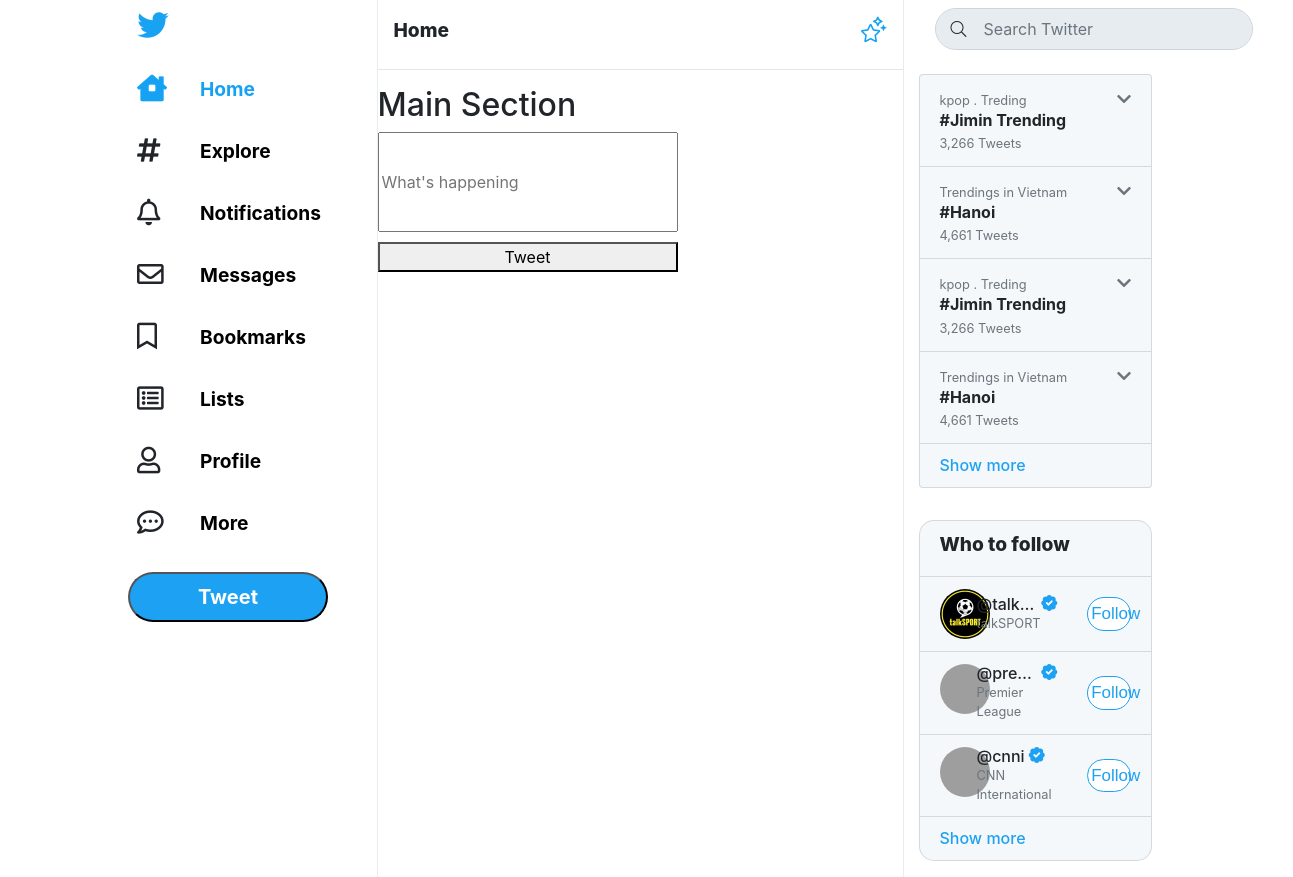
Repository: tts2610/Twitter-clone
Page: index.html
These files come from the project's save history. The page is drawn as it stood at one moment and after the next save; the edit follows.
The browser window is 1280 px wide. The page is 1280 px wide, then 1293 px, so the pictures cover 1293 px, including what lies to the right of the window. The pictures show the whole page.
Pictures or frames that could not be fetched are drawn as grey boxes.

Above is the page before, as saved 2020-05-23 15:09:04.

### index.html
<!DOCTYPE html>
<html lang="en">

<head>
    <meta charset="UTF-8">
    <!-- <meta name="viewport" content="width=device-width, initial-scale=1.0"> -->
    <title>Document</title>
    <link rel="stylesheet" href="css/style.css">
    <!-- Latest compiled and minified CSS -->
    <link rel="stylesheet" href="https://maxcdn.bootstrapcdn.com/bootstrap/4.5.0/css/bootstrap.min.css">

    <!-- jQuery library -->
    <script src="https://ajax.googleapis.com/ajax/libs/jquery/3.5.1/jquery.min.js"></script>

    <!-- Popper JS -->
    <script src="https://cdnjs.cloudflare.com/ajax/libs/popper.js/1.16.0/umd/popper.min.js"></script>

    <!-- Latest compiled JavaScript -->
    <script src="https://maxcdn.bootstrapcdn.com/bootstrap/4.5.0/js/bootstrap.min.js"></script>

    <!-- <link rel="stylesheet" crossorigin="anonymous" href="https://use.fontawesome.com/releases/v5.6.3/css/all.css" integrity="sha384-UHRtZLI+pbxtHCWp1t77Bi1L4ZtiqrqD80Kn4Z8NTSRyMA2Fd33n5dQ8lWUE00s/" /> -->
    <link rel="stylesheet" href="css/all.css">

</head>


<body>
    <div class="container">
        <div class="row">
            <div class="col-3">
                <div class="row">
                    <div class="col"><img src="/img/twt-logo1.png" alt="twitter-logo" width="50" height="50"></div>
                </div>
                <div class="row my-3">
                    <div id="outerMenuContainer" style="color: #16a2f2;">
                        <div class="col-2 mr-4 py-2 px-4" style="font-size: 20px;"><i class="fas fa-house fa-lg"></i></div>
                        <div class="col-10 py-2" style="margin-right: 0px;padding-right: 0px;font-weight: 700;font-size: larger;"> <a href="#Home" style="color: #16a2f2;">Home</a></div>
                    </div>

                </div>
                <div class="row my-3">
                    <div id="outerMenuContainer">
                        <div class="col-2 mr-4 py-2 px-4" style="font-size: 20px;"><i class="fas fa-hashtag fa-lg"></i></div>
                        <div class="col-10" style="margin-right: 0px;padding-right: 0px;font-weight: 700;font-size: larger;"><a href="#services">Explore</a></div>

                    </div>
                </div>
                <div class="row my-3">
                    <div id="outerMenuContainer">
                        <div class="col-2 mr-4 py-2 px-4" style="font-size: 20px;"><i class="far fa-bell fa-lg"></i></div>
                        <div class="col-10" style="margin-right: 0px;padding-right: 0px;font-weight: 700;font-size: larger;"><a href="#clients">Notifications</a></div>

                    </div>
                </div>
                <div class="row my-3">
                    <div id="outerMenuContainer">
                        <div class="col-2 mr-4 py-2 px-4" style="font-size: 20px;"><i class="far fa-envelope fa-lg"></i></div>
                        <div class="col-10" style="margin-right: 0px;padding-right: 0px;font-weight: 700;font-size: larger;"><a href="#contact">Messages</a></div>
                    </div>
                </div>
                <div class="row my-3">
                    <div id="outerMenuContainer">
                        <div class="col-2 mr-4 py-2 px-4" style="font-size: 20px;"><i class="far fa-bookmark fa-lg"></i></div>
                        <div class="col-10" style="margin-right: 0px;padding-right: 0px;font-weight: 700;font-size: larger;"><a href="#clients">Bookmarks</a></div>
                    </div>
                </div>
                <div class="row my-3">
                    <div id="outerMenuContainer">
                        <div class="col-2 mr-4 py-2 px-4" style="font-size: 20px;"><i class="far fa-list-alt fa-lg"></i></div>
                        <div class="col-10" style="margin-right: 0px;padding-right: 0px;font-weight: 700;font-size: larger;"><a href="#contact">Lists</a></div>
                    </div>
                </div>
                <div class="row my-3">
                    <div id="outerMenuContainer">
                        <div class="col-2 mr-4 py-2 px-4" style="font-size: 20px;"><i class="far fa-user fa-lg"></i></div>
                        <div class="col-10" style="margin-right: 0px;padding-right: 0px;font-weight: 700;font-size: larger;"><a href="#clients">Profile</a></div>
                    </div>
                </div>
                <div class="row my-3">
                    <div id="outerMenuContainer">
                        <div class="col-2 mr-4 py-2 px-4" style="font-size: 20px;"><i class="far fa-comment-dots fa-lg"></i></div>
                        <div class="col-10" style="margin-right: 0px;padding-right: 0px;font-weight: 700;font-size: larger;"><a href="#contact">More</a></div>
                    </div>
                </div>
                <div class="row my-3">
                    <div class="col"><button class="tweetbtn" href="#">Tweet</button></div>
                </div>
            </div>

            <div class="col-6" style="border-right: #e6ecf0 solid 1px; border-left: #e6ecf0 solid 1px; padding-left: 0px; padding-right: 0px;">
                <nav class="navbar sticky-top navbar-light my-2" id="leftNav">
                    <span>Home</span>
                    <span style="color: #16a2f2;"><i class="fal fa-stars fa-lg"></i></span>
                </nav>
                <hr/>
                <div>
                    <h2>Main Section</h2>
                    <input type="text" id="tweetArea" placeholder="What's happening">
                    <button id="tweetBtn" onclick="post()">Tweet</button>
                    <span id="remain"></span>
                    <div id="content" class="mt-5">
                    </div>



                </div>
            </div>

            <div class="col-3">
                <nav class="navbar sticky-top navbar-light" id="rightNav">
                    <span style="position: absolute;z-index: 100;"><i class="fal fa-search ml-3"></i></span>
                    <div><input class="form-control mr-sm-2 pl-5" type="search" placeholder="Search Twitter" aria-label="Search" id="search"></div>
                </nav>
                <div id="trendings" class="py-3">
                    <ul class="list-group mb-3">
                        <!-- <li class="list-group-item d-flex justify-content-between lh-condensed header" style="border-radius: 15px 15px 0px 0px;" id="trendingHeader">
                            <div>
                                <div class="trends-header">Trends for you</div>
                            </div>
                            <span class="text-muted"><i class="fal fa-cog" style="COLOR: rgba(29,161,242,1.00); font-size: larger;"></i></span>
                        </li> -->
                        <li class="list-group-item d-flex justify-content-between lh-condensed content" id="trending1">
                            <div>
                                <small class="text-muted">Trendings in Vietnam</small>
                                <h6 class="my-0 hashtag">#Hanoi</h6>
                                <small class="text-muted">4,661 Tweets</small>
                            </div>
                            <span class="text-muted"><i class="fas fa-chevron-down"></i></span>
                        </li>
                        <li class="list-group-item d-flex justify-content-between lh-condensed content" id="trending2">
                            <div>
                                <small class="text-muted">kpop . Treding</small>
                                <h6 class="my-0 hashtag">#Jimin Trending</h6>
                                <small class="text-muted">3,266 Tweets</small>
                            </div>
                            <span class="text-muted"><i class="fas fa-chevron-down"></i></span>
                        </li>
                        <li class="list-group-item d-flex justify-content-between lh-condensed content" id="trending3">
                            <div>
                                <small class="text-muted">Trendings in Vietnam</small>
                                <h6 class="my-0 hashtag">#Hanoi</h6>
                                <small class="text-muted">4,661 Tweets</small>
                            </div>
                            <span class="text-muted"><i class="fas fa-chevron-down"></i></span>
                        </li>
                        <li class="list-group-item d-flex justify-content-between lh-condensed content" id="trending4">
                            <div>
                                <small class="text-muted">kpop . Treding</small>
                                <h6 class="my-0 hashtag">#Jimin Trending</h6>
                                <small class="text-muted">3,266 Tweets</small>
                            </div>
                            <span class="text-muted"><i class="fas fa-chevron-down"></i></span>
                        </li>
                        <li class="list-group-item d-flex justify-content-between lh-condensed content" style="border-radius: 0px 0px 15px 15px">
                            <div>
                                <h6 class="my-0"><a href="#" style="COLOR: rgba(29,161,242,1.00); text-decoration: none;">Show more</a></h6>
                            </div>
                        </li>
                    </ul>
                </div>

                <div id="whoToFollow" class="">
                    <ul class="list-group mb-3">
                        <li class="list-group-item d-flex justify-content-between lh-condensed" style="border-radius: 15px 15px 0px 0px;">
                            <div>
                                <h5 class="whoToFollow-header">Who to follow</h5>
                            </div>
                        </li>
                        <li class="list-group-item content">
                            <div class="row">
                                <div class="col-2">
                                    <img src="img/profileImages/talkSport.jpg" id="moreToFollowImg" alt="Avatar">
                                </div>
                                <div class="col-6">
                                    <div style="display: flex;">
                                        <h6 class="my-0 hashtag">@talkSPORT</h6>
                                        <i class="ml-1 fas fa-badge-check"></i>
                                    </div>

                                    <small class="text-muted">talkSPORT</small>

                                </div>
                                <div class="col-4">
                                    <a href="#" class="followBtn">Follow</a>
                                </div>
                            </div>
                        </li>
                        <li class="list-group-item content">
                            <div class="row">
                                <div class="col-2">
                                    <img src="https://d3pc1xvrcw35tl.cloudfront.net/ln/feedImages/643x481/bwpUoL-J_400x400_ckOpi7f_4RVQqqi_ZPjpFJN_cnPYP1e_202004.jpg" id="moreToFollowImg" alt="Avatar">
                                </div>
                                <div class="col-6">
                                    <div style="display: flex;">
                                        <h6 class="my-0 hashtag">@premierleague</h6>
                                        <i class="ml-1 fas fa-badge-check"></i>
                                    </div>

                                    <small class="text-muted">Premier League</small>

                                </div>
                                <div class="col-4">
                                    <a href="#" class="followBtn">Follow</a>
                                </div>
                            </div>
                        </li>
                        <li class="list-group-item content">
                            <div class="row">
                                <div class="col-2">
                                    <img src="https://upload.wikimedia.org/wikipedia/commons/thumb/6/66/CNN_International_logo.svg/1200px-CNN_International_logo.svg.png" id="moreToFollowImg" alt="Avatar">
                                </div>
                                <div class="col-6">
                                    <div style="display: flex;">
                                        <h6 class="my-0 hashtag">@cnni</h6>
                                        <i class="ml-1 fas fa-badge-check"></i>
                                    </div>

                                    <small class="text-muted">CNN International</small>

                                </div>
                                <div class="col-4">
                                    <a href="#" class="followBtn">Follow</a>
                                </div>
                            </div>
                        </li>
                        <li class="list-group-item d-flex justify-content-between lh-condensed content" style="border-radius: 0px 0px 15px 15px">
                            <div>
                                <h6 class="my-0"><a href="#" style="COLOR: rgba(29,161,242,1.00); text-decoration: none;">Show more</a></h6>
                            </div>
                        </li>
                    </ul>
                </div>
            </div>
        </div>

        <!-- <nav class="navbar sticky-top navbar-expand-lg navbar-light bg-light">
                <a class="navbar-brand" href="#">Navbar</a>
                <button class="navbar-toggler" type="button" data-toggle="collapse" data-target="#navbarSupportedContent" aria-controls="navbarSupportedContent" aria-expanded="false" aria-label="Toggle navigation">
                  <span class="navbar-toggler-icon"></span>
                </button>

                <div class="collapse navbar-collapse" id="navbarSupportedContent">
                    <ul class="navbar-nav mr-auto">
                    </ul>
                    <form class="form-inline my-2 my-lg-0">
                        <input class="form-control mr-sm-2" type="search" placeholder="Search" aria-label="Search">
                        <button class="btn btn-outline-success my-2 my-sm-0" type="submit">Search</button>
                    </form>
                </div>
            </nav> -->
        <!-- <div class="column2">

        </div>

        <div class="column3">

        </div> -->


        <!-- END COL-3 -->
    </div>

    <script src="js/script.js"></script>
    <script src="js/moment.js"></script>
</body>

</html>

### css/style.css
* {
    box-sizing: border-box;
}

body {
    font-family: “Helvetica Neue”, Helvetica, Arial, sans-serif;
}

body .container {
    max-width: 80%;
    padding-left: 0px;
    padding-right: 0px;
}


/* .container {
    width: 60%;
} */

#leftNav {
    display: flex;
    justify-content: space-between;
    font-size: larger;
    font-weight: 800;
    background-color: white;
}

#rightNav {
    width: 100%;
    background-color: white;
}

#rightNav .input-group-prepend {
    background-color: white !important;
    color: white !important;
}

#search {
    border-radius: 30px;
    height: 10px;
    padding: 20px;
    position: relative;
    width: 318px;
    background-color: #e6ecf0;
}

.sidenav {
    height: 100%;
    position: fixed;
    z-index: 1;
    top: 0;
    left: 0;
    background-color: rgb(255, 255, 255);
    overflow-x: hidden;
    padding-top: 20px;
    border-right: 1px solid lightgrey;
}

.sidenav a {
    text-decoration: none;
    font-size: 25px;
    color: #000000;
    display: block;
    font-family: system-ui, -apple-system, BlinkMacSystemFont, "Segoe UI", Roboto, Ubuntu, "Helvetica Neue", sans-serif;
    ;
    margin: 5px;
    margin-bottom: 10px;
}

.sidenav a:hover {
    color: #16afdd;
}

.main {
    margin-left: 160px;
    /* Same as the width of the sidenav /
    font-size: 28px; / Increased text to enable scrolling */
    padding: 0px 10px;
}

@media screen and (max-height: 450px) {
    .sidenav {
        padding-top: 15px;
    }
    .sidenav a {
        font-size: 18px;
    }
}

.tweetbtn {
    height: 50px;
    width: 200px;
    border-radius: 40px;
    background-color: rgb(29, 161, 242);
    color: white;
    font-weight: bolder;
    font-size: 20px;
    cursor: pointer;
    margin-left: 0px;
    margin-top: 10px;
}

.tweetbtn:hover {
    background-color: rgba(26, 145, 218);
}

.home {
    display: flex;
}

.explore {
    display: flex;
}

.notifications {
    display: flex;
}

.messages {
    display: flex;
}

.bookmarks {
    display: flex;
}

.lists {
    display: flex;
}

.profile {
    display: flex;
}

.more {
    display: flex;
}


/* Clear floats after the columns */

.row:after {
    content: "";
    display: table;
    clear: both;
}

tr {
    text-align: center;
}

#tweetArea {
    width: 300px;
    height: 100px
}

#tweetBtn {
    margin-top: 10px;
    width: 300px;
}


/* #trendings {
    background-color: #f5f8fa;
} */

#trendings .list-group-item {
    background-color: #f5f8fa;
}

#trendings .content {
    cursor: pointer;
}

#trendings .trends-header {
    font-weight: 800;
    font-size: larger;
}

#trendings .content:hover {
    filter: brightness(97%)
}

#trendings ul li .hashtag {
    font-weight: 700;
}

#moreToFollowImg {
    border-radius: 50%;
    width: 50px;
    height: 50px;
}

.fa-badge-check {
    color: rgba(29, 161, 242, 1.00);
}

.followBtn {
    -webkit-border-radius: 20px;
    -moz-border-radius: 20px;
    border-radius: 25px;
    color: #1DA1F2;
    font-family: Arial;
    font-size: 17px;
    font-weight: 200;
    padding: 3px;
    background-color: #FFFFFF;
    border: solid #1DA1F2 1px;
    text-decoration: none;
    /* display: inline-block; */
    cursor: pointer;
    text-align: center;
}

.followBtn:hover {
    color: #1DA1F2;
    background: #CFE7F6;
    border-radius: 25px;
    text-decoration: none;
    opacity: 0.7;
}

#whoToFollow .list-group-item {
    background-color: #f5f8fa;
}

#whoToFollow .content {
    cursor: pointer;
}

#whoToFollow .content:hover {
    filter: brightness(97%)
}

#whoToFollow .row .col-6 {
    display: flex;
    flex-direction: column;
    justify-content: center;
}

#whoToFollow .row .col-6 .hashtag {
    text-overflow: ellipsis;
    white-space: nowrap;
    overflow: hidden;
}

#whoToFollow .row .col-4 {
    display: flex;
    flex-direction: column;
    justify-content: center;
}

#whoToFollow .whoToFollow-header {
    font-weight: 800;
    font-size: larger;
}

h6 {
    font-weight: 700;
}

#content .functionBar {
    display: flex;
    justify-content: space-between;
}

#content .row {
    padding: 30px;
    border: 1px solid lightgrey;
}

#content .row div {
    margin-top: 4px;
}

#outerMenuContainer {
    display: flex;
    flex-direction: row;
    align-items: center;
    width: max-content;
}

#outerMenuContainer:hover {
    color: #1DA1F2 !important;
    background: #CFE7F6;
    border-radius: 25px;
    text-decoration: none;
    opacity: 0.7;
    /* padding: 5px 0px 5px 3px;
    width: max-content; */
}

#outerMenuContainer:hover a {
    color: #1DA1F2 !important;
}

#outerMenuContainer a {
    text-decoration: none;
    color: black;
}

Loaded but not shown: css/all.css (library); js/moment.js (library); js/script.js (178 lines, source omitted)

After the next save:
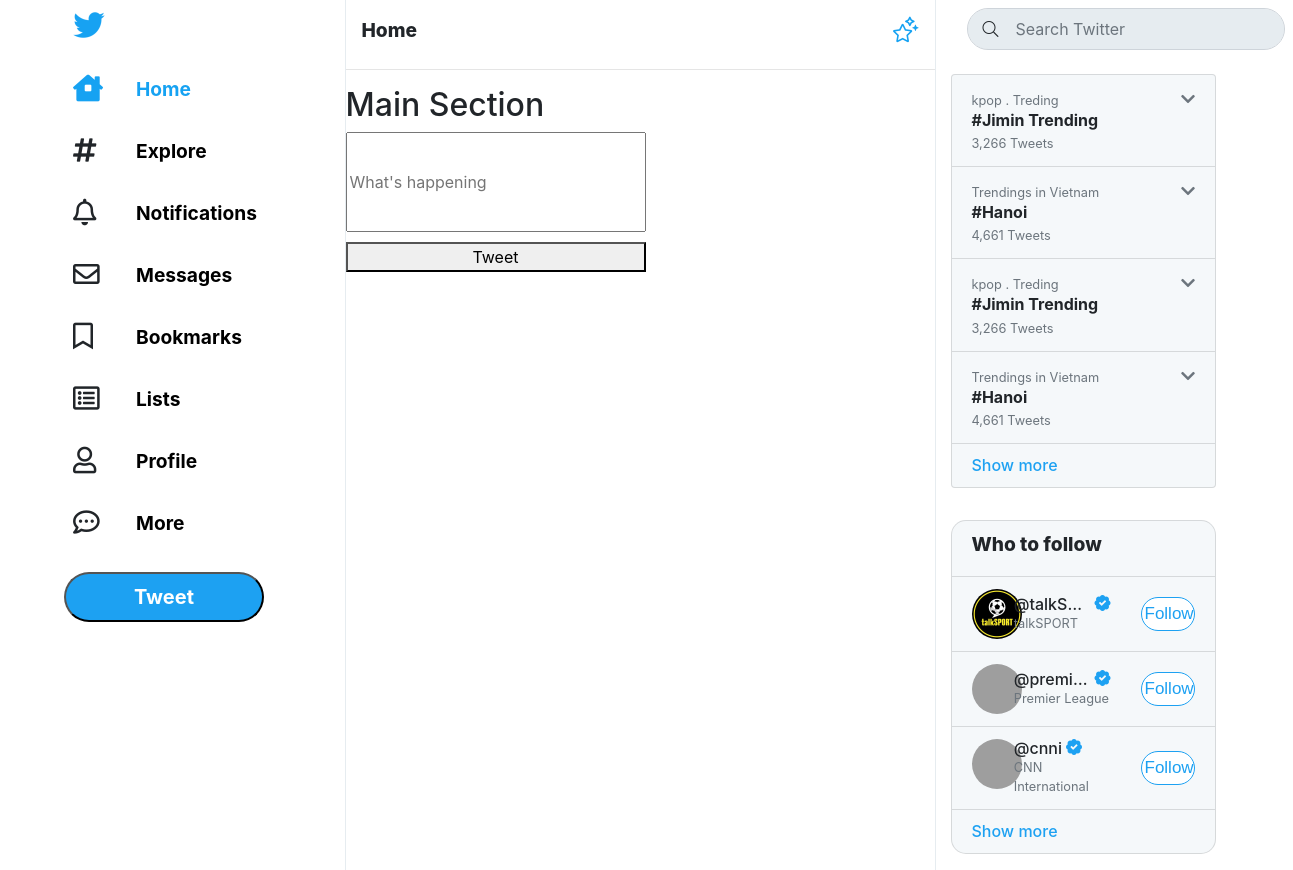
Saved 13 s later.
--- a/css/style.css
+++ b/css/style.css
@@ -7,7 +7,7 @@
 }
 
 body .container {
-    max-width: 80%;
+    max-width: 90%;
     padding-left: 0px;
     padding-right: 0px;
 }
